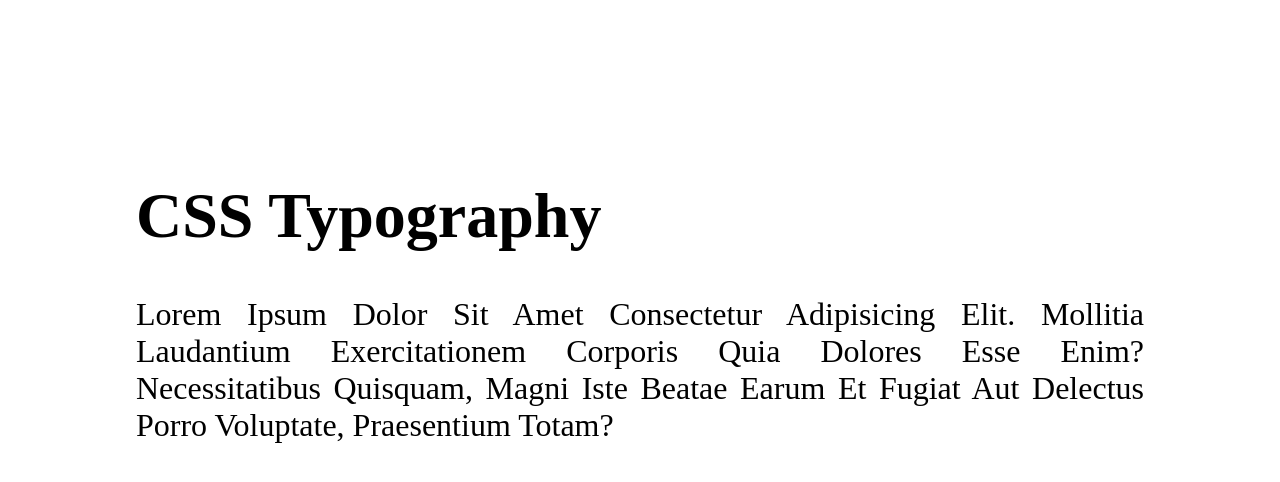
Repository: madhurik9999/Css
Page: index.html
These files come from the project's save history. The page is drawn as it stood at one moment and after the next save; the edit follows.
The browser window is 1280 px wide. The pictures show the whole page.

Above is the page before, as saved 2023-12-10 13:24:48.

### index.html
<!DOCTYPE html>
<html lang="en">

<head>
    <meta charset="UTF-8">
    <meta http-equiv="X-UA-Compatible" content="IE=edge">
    <meta name="viewport" content="width=device-width, initial-scale=1.0">
    <title>Document</title>
    <link rel="stylesheet" href="styles/style.css">
</head>

<body>
    <header>
        <h1>CSS Typography</h1>
    </header>
    <main>
        <p>Lorem ipsum dolor sit amet consectetur adipisicing elit. Mollitia laudantium exercitationem corporis quia
            dolores esse enim? Necessitatibus quisquam, magni iste beatae earum et fugiat aut delectus porro voluptate,
            praesentium totam?</p>
        <!--
        <form>
            <label for="name">Name:</label>
            <input id="name" type="text" placeholder="Your Name" />
            <button>Submit</button>
        </form> -->
    </main>
</body>

</html>

### styles/style.css
/* Typography 1rem = 16px*/
body {
    padding: 10%;
    font-size: 2rem;
}

/* input,
button {
    font: inherit;
} */
p {
    text-decoration: none;
    /* text-decoration: overline; */
    text-transform: capitalize;
    /* text-transform: uppercase;
    text-transform: lowercase;*/
    text-align: justify;
}

After the next save:
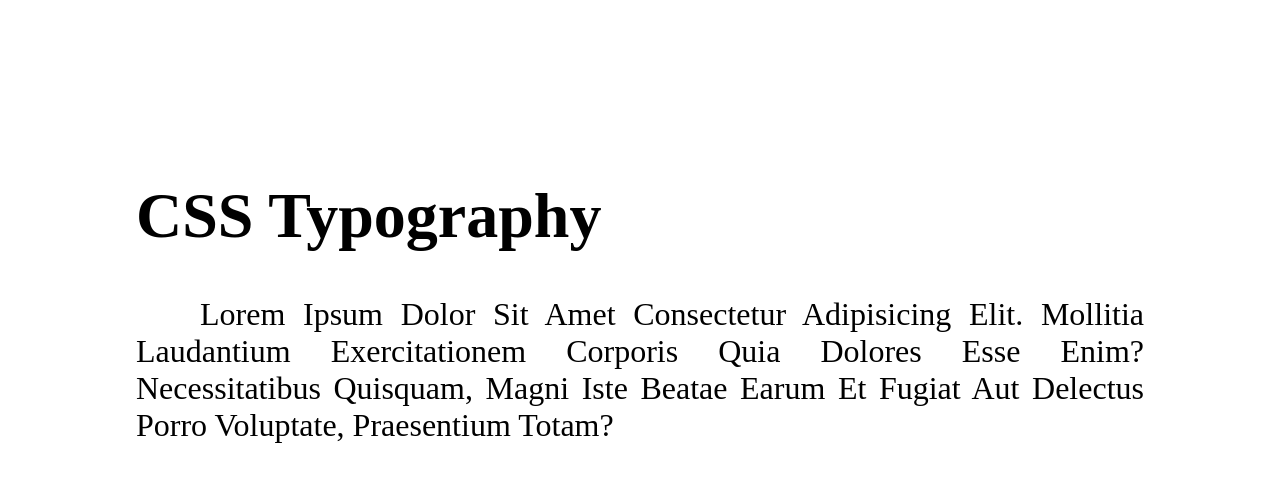
Saved 116 s later.
--- a/styles/style.css
+++ b/styles/style.css
@@ -15,4 +15,5 @@
     /* text-transform: uppercase;
     text-transform: lowercase;*/
     text-align: justify;
+    text-indent: 2em;
 }
